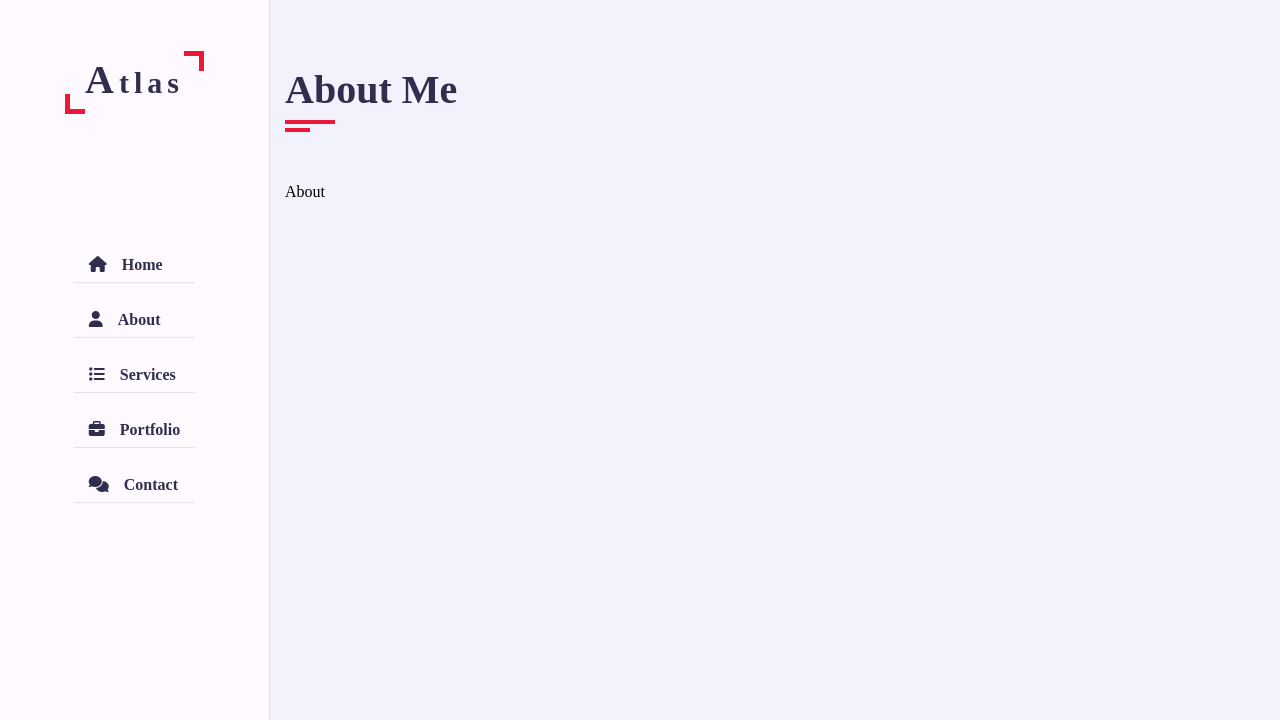
Repository: luanhoang0902/portfolio-ui
Page: index.html
An editor plug-in stored every save of this project. The page is shown before and after the next save, followed by the edit.
The browser window is 1280 px wide. The pictures show the whole page.
Some web fonts or font styles are not loaded; a fallback is used. Some web libraries are served in a nearby version.

Above is the page before, as saved 2022-06-02 15:44:42.

After the next save:
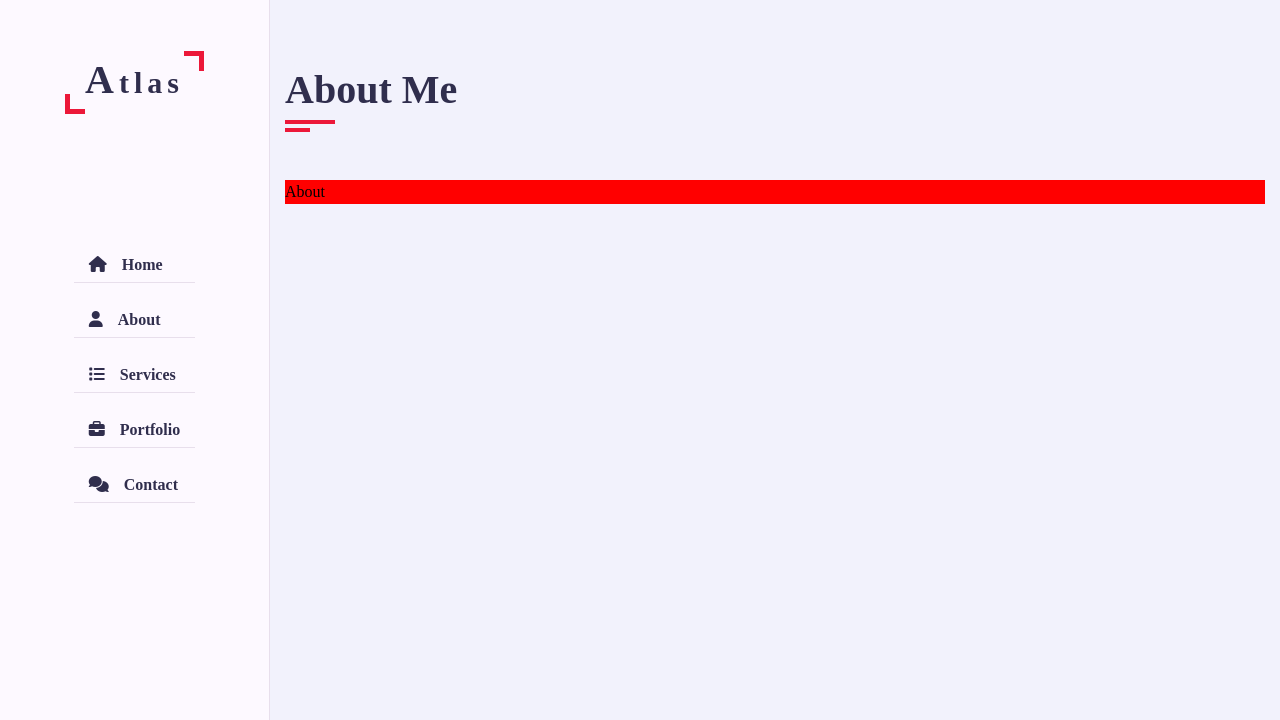
Saved 78 s later.
--- a/css/style.css
+++ b/css/style.css
@@ -341,3 +341,9 @@
     border-radius: 5px;
 }
 /* About */
+.about .about-content
+{
+    flex: 0 0 100%;
+    min-width: 100%;
+    background: red;
+}

After the save that followed:
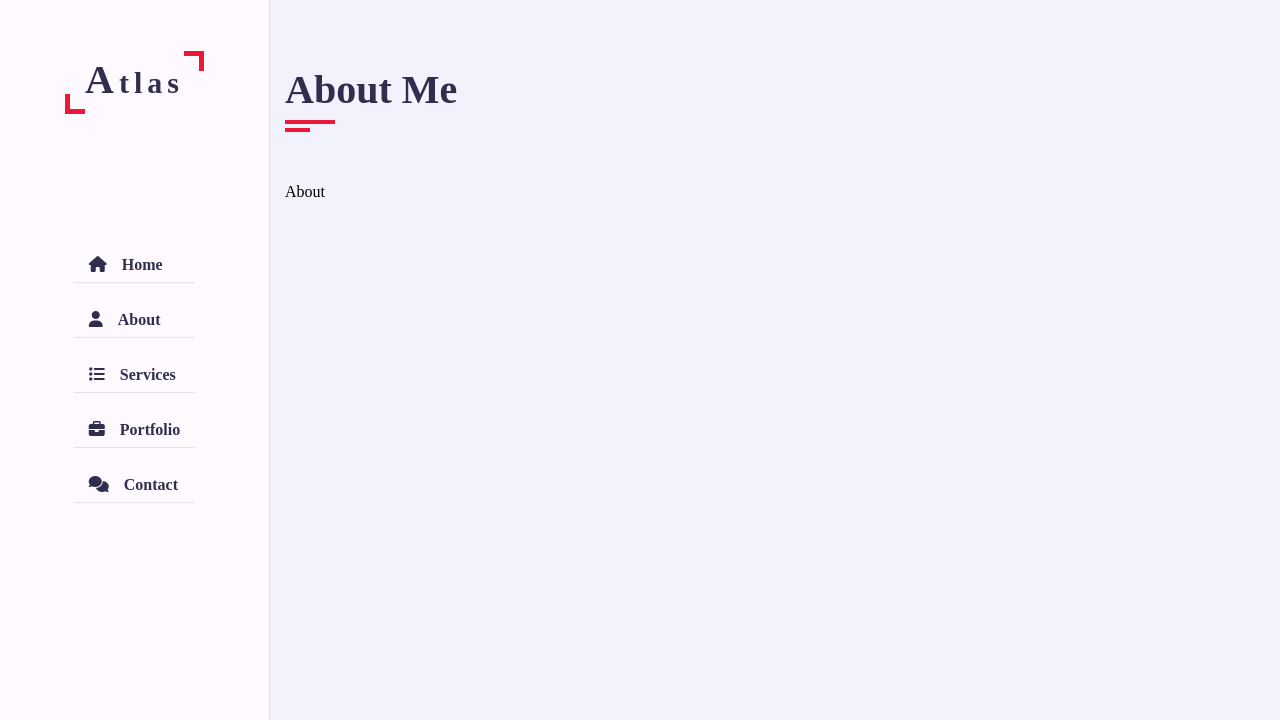
Saved 23 s later.
--- a/css/style.css
+++ b/css/style.css
@@ -345,5 +345,5 @@
 {
     flex: 0 0 100%;
     min-width: 100%;
-    background: red;
-}
+
+}
